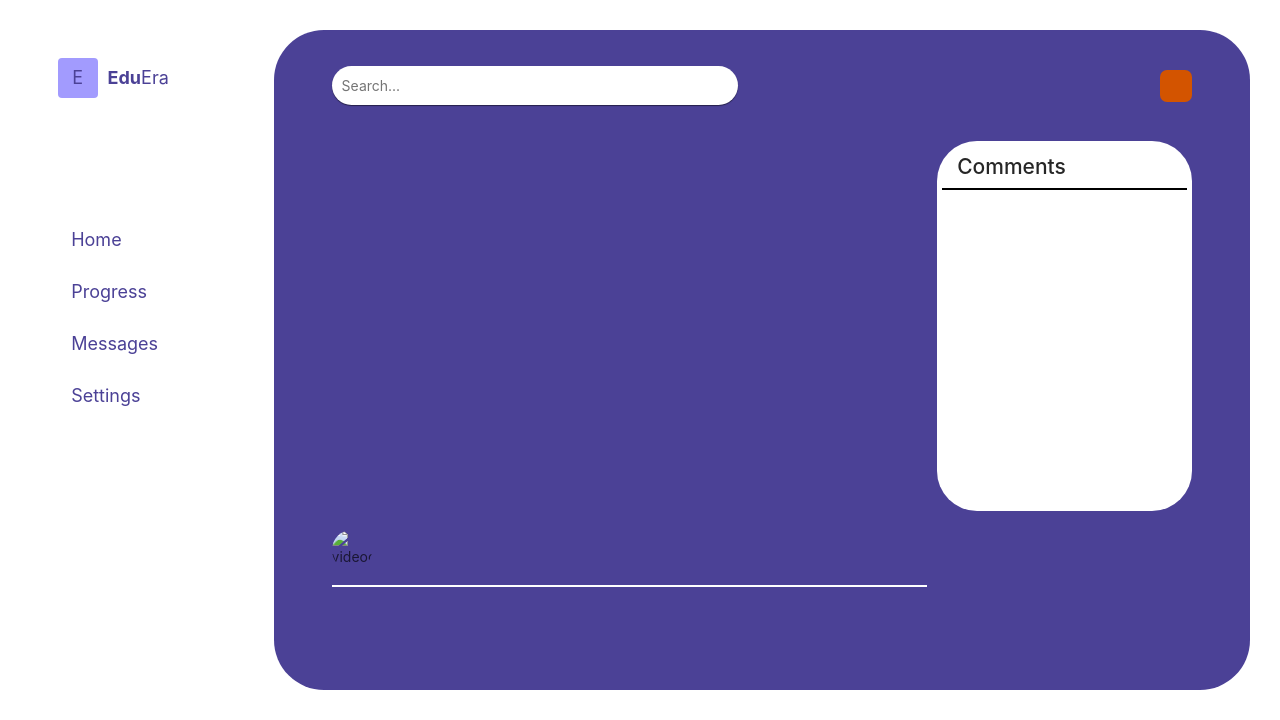
Repository: huynhnt1406/coursestorage
Page: /videodetail/1 (app in coursestorage/)
The author's editor kept a copy of each file at every save. The page is drawn from the files as they stood at one save, then again after a run of saves.
The browser window is 1280 px wide. The pictures show the whole page.
The page's requests for data from a server got no answer. The project was rebuilt for these pictures with package versions that can differ from the ones it lists, and the page was loaded fresh each time. No one was signed in, and anything a server would have sent is missing. Also part of the build but not shown: coursestorage/src/components/ListItems.vue, coursestorage/src/components/VideoList.vue, coursestorage/src/smallcomponents/Messages.vue, coursestorage/src/smallcomponents/Progress.vue, coursestorage/src/smallcomponents/Settings.vue.

Above is the page before, as saved 2021-05-02 01:10:53.

After the next 2 saves:
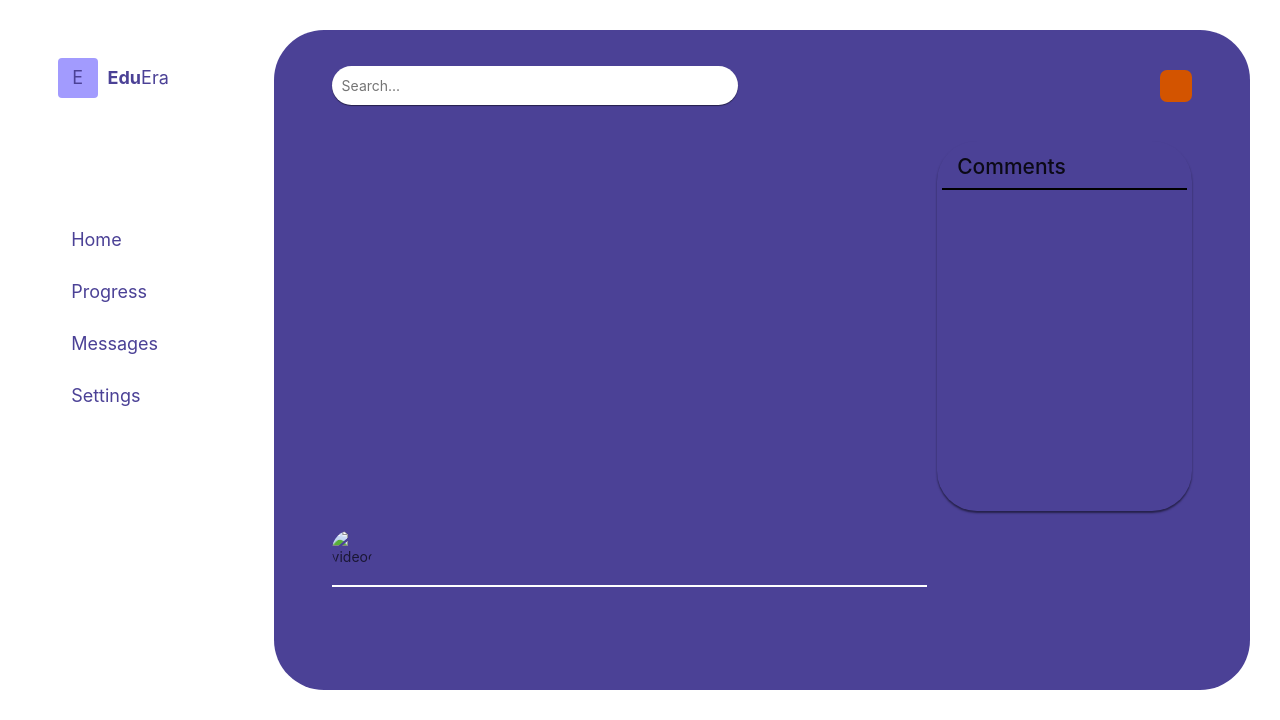
The 2 saves are shown as one change because they came seconds apart.
The last was saved 4 min 39 s later.
--- a/coursestorage/src/smallcomponents/VideoDetail.vue
+++ b/coursestorage/src/smallcomponents/VideoDetail.vue
@@ -114,11 +114,11 @@ export default {
     color:white;
 }
 .video-right{
-    background-color: white;
     height: 370px;
     flex:0.3;
     margin-left:10px;
     border-radius: 40px;
+    box-shadow: 0 2px 2px rgba(0,0,0,.5);
 }
 .video-right h2{
     padding:5px 15px 5px 15px;
